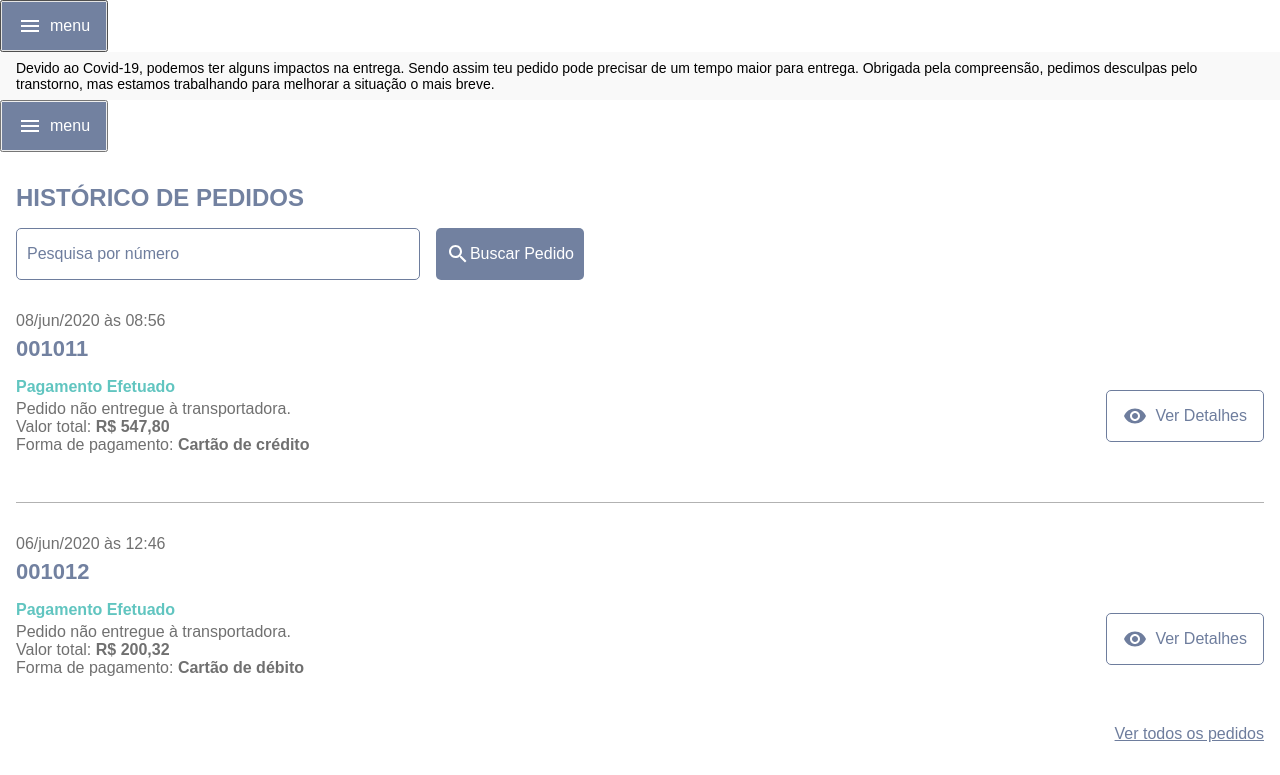
Repository: indiamarasiqueira/gestao-produto
Page: /
An editor plug-in stored every save of this project. The page is shown before and after the next save, followed by the edit.
The browser window is 1280 px wide. The pictures show the whole page.
The project was rebuilt for these pictures with package versions that can differ from the ones it lists, and the page was loaded fresh each time. Also part of the build but not shown: src/pages/generic/style.js, src/pages/generic/index.js, src/components/ModalMenu/index.js.

Above is the page before, as saved 2020-07-07 10:40:27.

### src/global.js
import { createGlobalStyle } from "styled-components";

const GlobalStyle = createGlobalStyle`
    * {
        margin: 0;
        padding: 0;
        outline: 0;
        box-sizing: border-box;
    }
   html, body, #root {
    margin: 0;
    padding: 0;
    font-family: 'Montserrat', sans-serif;
    -webkit-font-smoothing: antialiased;
    -moz-osx-font-smoothing: grayscale;
    background-color: #ffffff;
    }
`;
export default GlobalStyle;

### src/routes.js
import React from "react";
import { BrowserRouter, Switch, Route } from "react-router-dom";

import GenericPage from "./pages/generic";
import AppMenu from "./components/AppMenu";
import OrderHistory from "./pages/orderHistory";
import HeaderTitle from "./components/HeaderTitle";
import AlertCovid from "./components/AlertCovid";

export default function Routes() {
  return (
    <BrowserRouter>
      <Switch>
        <Route path="*">
          <AppMenu />
          <AlertCovid />
          <Route path="/perfil" exact component={() => <GenericPage title="Meu Perfil" />} />
          <Route path="/localizacao" exact component={() => <GenericPage title="Meus endereços" />} />
          <Route path="/favoritos" exact component={() => <GenericPage title="Lista de favoritos" />} />
          <Route path={["/", "/pedidos"]} exact component={OrderHistory} />
        </Route>
      </Switch>
    </BrowserRouter>
  );
}

### src/components/AppMenu/index.js
import React, { useState } from "react";
import { useHistory } from "react-router-dom";

import MenuIcon from "@material-ui/icons/Menu";
import LockOpenIcon from "@material-ui/icons/LockOpen";
import HistoryIcon from "@material-ui/icons/History";
import RoomOutlinedIcon from "@material-ui/icons/RoomOutlined";
import FavoriteBorderIcon from "@material-ui/icons/FavoriteBorder";
import CloseIcon from "@material-ui/icons/Close";

import ModalMenu from '../ModalMenu/index';

import {
  MenuMain,
  Button,
  BoxIcon,
  MainMenu,
  UserInfo,
  UserInfoName,
  UserInfoEmail,
  MenuList,
  MenuListItem,
  MenuIconImage
} from "./style";

const AppMenu = () => {
  const history = useHistory();
  const [show, showModal] = useState(false);
  const navigate = (route) => {
    history.push(route);
    showModal(false);
  }

  return (
    <MenuMain>
      <Button onClick={() => showModal(!show)}>
        <BoxIcon>{show ? <CloseIcon /> : <MenuIcon />}</BoxIcon>
        menu
      </Button>
      <ModalMenu show={show}>
        <MainMenu>
          <UserInfo>
            <UserInfoName>Caroline Melinda W Effting</UserInfoName>
            <UserInfoEmail>effting.caroline@gmail.com</UserInfoEmail>
          </UserInfo>
          <MenuList>
            <MenuListItem onClick={() => navigate("/perfil")}>
              <MenuIconImage>
                <LockOpenIcon />
              </MenuIconImage>
              <span className="menu-label">meu perfil</span>
            </MenuListItem>
            <MenuListItem onClick={() => navigate("/pedidos")}>
              <MenuIconImage>
                <HistoryIcon />
              </MenuIconImage>
              <span className="menu-label">histórico de pedidos</span>
            </MenuListItem>
            <MenuListItem onClick={() => navigate("/localizacao")}>
              <MenuIconImage>
                <RoomOutlinedIcon />
              </MenuIconImage>
              <span className="menu-label">meus endereços</span>
            </MenuListItem>
            <MenuListItem onClick={() => navigate("/favoritos")}>
              <MenuIconImage>
                <FavoriteBorderIcon />
              </MenuIconImage>
              <span className="menu-label">lista de favoritos</span>
            </MenuListItem>
          </MenuList>
        </MainMenu>
      </ModalMenu>
    </MenuMain>
  );
};
export default AppMenu;

### src/pages/orderHistory/index.js
import React, { Fragment, useState } from "react";

import AppMenu from "../../components/AppMenu";
import BoxSearch from "../../components/BoxSearch/index";
import HeaderTitle from "../../components/HeaderTitle";
import Order from "../../components/Order/index";

const OrderHistory = () => {
  const [value, setValue] = useState('');
  const [query, setQuery] = useState('');
  const handleChange = (e) => setValue(e.target.value);

  const handleSubmit = (e) => {
    e.preventDefault();
    setQuery(value);
  }

  return (
    <Fragment>
      <AppMenu />
      <HeaderTitle>HISTÓRICO DE PEDIDOS</HeaderTitle>
      <BoxSearch value={value} handleChange={handleChange} handleSubmit={handleSubmit} />
      <Order query={query} />
    </Fragment>
  );
};
export default OrderHistory;

### src/components/HeaderTitle/index.js
import React from "react";

import { Title } from "./style";

const HeaderTitle = (props) => {
  return <Title>{props.children}</Title>;
};
export default HeaderTitle;

### src/components/AlertCovid/index.js
import React from "react";

import { Alert } from './style';

const AlertCovid = () => {
  return (
    <Alert>
      Devido ao Covid-19, podemos ter alguns impactos na entrega. Sendo assim teu pedido pode precisar de um tempo maior
      para entrega. Obrigada pela compreensão, pedimos desculpas pelo transtorno, mas estamos trabalhando para melhorar
      a situação o mais breve.
    </Alert>
  );
};
export default AlertCovid;

### src/components/AppMenu/style.js
import styled from "styled-components";

export const MenuMain = styled.button`

  @media all and (min-width: 600px){
    display: grid;
    grid-template-rows: 1fr;
    height: 100%;
  }
`;
export const Button = styled.button`
  display: flex;
  align-items: center;
  justify-content: start;
  padding: 12px 16px;
  border: none;
  background: #7281A0;
  width: 100%;
  color: #ffffff;
  font-size: 16px;
  transition: all 0.2s ease-out;
  height: 48px;

  :hover{
    color: #7281A0;
    background: #F4F4F4;
  }
`;
export const BoxIcon = styled.div`
  display: inline-block;
  margin-right: 8px;
  height: 24px;
`;
export const MainMenu = styled.div`
  color: #717171;
  padding: 0 16px;
  border-bottom: 1px solid rgba(0, 0, 0, 0.3);
  position: fixed;
  top: 48px;
  left: 0;
  right: 0;
  bottom: 0;
  background: #fff;
`;

// User
export const UserInfo = styled.div`
  padding: 16px 0;
`;
export const UserInfoName = styled.p`
  margin-bottom: 8px;
`;
export const UserInfoEmail = styled.p``;
// Menu
export const MenuList = styled.nav``;

export const MenuListItem = styled.a`
  display: flex;
  align-items: center;
  padding: 16px 0;
  border-top: 1px solid rgba(0, 0, 0, 0.3);

  :hover{
    color: #707070;
    background: #F4F4F4;
  }
`;
export const MenuIconImage = styled.i`
  padding-left: 4px;
  padding-right: 16px;
`;

### src/components/BoxSearch/index.js
import React from "react";

import { Box, InputText, ButtonSearch } from "./style";
import SearchIcon from "@material-ui/icons/Search";

const BoxSearch = (props) => {
  return (
    <Box onSubmit={props.handleSubmit}>
      <InputText
        type="number"
        placeholder="Pesquisa por número"
        value={props.value}
        onChange={props.handleChange}
      />
      <ButtonSearch type="submit">
        <SearchIcon />
        <span className="search-text">Buscar Pedido</span>
      </ButtonSearch>
    </Box>
  );
};
export default BoxSearch;

### src/components/Order/index.js
import React, { useState } from "react";

import VisibilityIcon from "@material-ui/icons/Visibility";
import orderData from '../../db.json'

import {
  Empty,
  OrderList,
  OrderListItem,
  OrderDate,
  OrderId,
  OrderBox,
  OrderInfo,
  OrderStatus,
  ButtonOutline,
  OrderAll,
} from "./style";

const findOrder = (detail, query) => {
  const list = orderData.data;

  if (query){
    const regex = new RegExp(query);

    return list.filter(item => regex.test(item.id))
  }

  return detail ? orderData.data : orderData.data.slice(0, 2);
}


const Order = ({query}) => {
  const [detail, setDetail] = useState(false);
  const list = findOrder(detail, query)

  if (!list.length) {
    return <Empty>nenhum pedido encontrado :(</Empty>
  }

  return (
    <OrderList>
      {list.map((item, key) => (
        <OrderListItem key={key}>
          <OrderDate>{item.date}</OrderDate>
          <OrderId>{item.id}</OrderId>
          <OrderBox>
            <OrderInfo>
              <OrderStatus>{item.title}</OrderStatus>
              <p>
                {item.description}
                <br />
                Valor total: <b>R$ {item.price} </b>
                <br />
                Forma de pagamento: <b>{item.payment}</b>
              </p>
            </OrderInfo>
            <ButtonOutline>
              <VisibilityIcon />
              Ver Detalhes
            </ButtonOutline>
          </OrderBox>
        </OrderListItem>
      ))}
      {!detail && <OrderAll onClick={setDetail}>Ver todos os pedidos</OrderAll>}
    </OrderList>
  );
};
export default Order;

### src/components/HeaderTitle/style.js
import styled from "styled-components";

export const Title = styled.h1`
  color: #7281a0;
  padding: 16px;
  margin-top: 16px;
  font-weight: bold;
  font-size: 24px;
`;

### src/components/AlertCovid/style.js
import styled from "styled-components";


// Main Page
export const Alert = styled.div`
  background: #f9f9f9;
  padding: 8px 16px;
  font-size: 14px;
`;

### src/components/BoxSearch/style.js
import styled from "styled-components";

export const Box = styled.form`
  padding: 0 16px;
  display: flex;
  align-items: center;
  justify-content: space-between;
  max-width: 600px;

`;
export const InputText = styled.input`
  flex: 1;
  color: #7281a0;
  height: 52px;
  border-radius: 5px;
  border: 1px solid #6e7d9d;
  font-size: 16px;
  padding-left: 10px;

  ::placeholder {
    color: #6e7d9d;
  }
`;
export const ButtonSearch = styled.button`
  background: #7281a0;
  border-radius: 5px;
  height: 52px;
  border: none;
  margin-left: 16px;
  padding: 10px;
  color: #ffffff;
  font-size: 16px;
  display: flex;
  align-items: center;
  justify-content: center;

  @media all and (max-width: 600px){
    .search-text{
      display: none;
    }
  }
`;

### src/db.json
{
  "data": [
    {
      "id": "001011",
      "date": "08/jun/2020 às 08:56",
      "title": "Pagamento Efetuado",
      "description": "Pedido não entregue à transportadora.",
      "price": "547,80",
      "payment": "Cartão de crédito"

    },
    {
      "id": "001012",
      "date": "06/jun/2020 às 12:46",
      "title": "Pagamento Efetuado",
      "description": "Pedido não entregue à transportadora.",
      "price": "200,32",
      "payment": "Cartão de débito"
    },
    {
      "id": "001013",
      "date": "04/jun/2020 às 09:30",
      "title": "Pagamento Efetuado",
      "description": "Pedido não entregue à transportadora.",
      "price": "150,60",
      "payment": "Cartão de crédito"
    },
    {
      "id": "001014",
      "date": "29/mai/2020 às 17:30",
      "title": "Pagamento Efetuado",
      "description": "Pedido não entregue à transportadora.",
      "price": "83,58",
      "payment": "Cartão de débito"
    }
  ]

}

### src/components/Order/style.js
import styled from "styled-components";

export const Empty = styled.div`
  padding: 16px;
  color: #ccc;
  text-align: center;
`;
export const OrderList = styled.div`
  padding: 0 16px;
`;
export const OrderListItem = styled.div`
  padding: 32px 0;
  border-top: 1px solid rgba(0, 0, 0, 0.3);

  &:first-of-type {
    border-top-width: 0;
  }


`;
export const OrderDate = styled.p`
  color: #707070;
  font-size: 16px;
`;
export const OrderId = styled.p`
  padding-top: 6px;
  color: #7281a0;
  font-size: 22px;
  font-weight: bold;
`;
export const OrderBox = styled.div`

  @media all and (min-width: 600px){
    display: flex;
    align-items: center;
  }
`;
export const OrderInfo = styled.div`
  flex: 1;
  margin: 16px 0;
  color: #707070;

`;
export const OrderStatus = styled.p`
  color: #61c5c0;
  margin-bottom: 4px;
  font-weight: bold;
`;
export const ButtonOutline = styled.div`
  border-radius: 5px;
  border: 1px solid #6e7d9d;
  height: 52px;
  display: flex;
  align-items: center;
  justify-content: center;
  color: #6e7d9d;
  padding: 8px 16px;

  svg {
    margin-right: 8px;
  }
`;
export const OrderAll = styled.button`
  color: #6E7D9D;
  margin-bottom: 32px;
  background: none;
  border: none;
  text-decoration: underline;
  width: 100%;
  display: flex;
  align-items: center;
  justify-content: flex-end;
  font-size: 16px;
`;

Loaded but not shown: public/index.html (common file); src/index.js (common file)

After the next save:
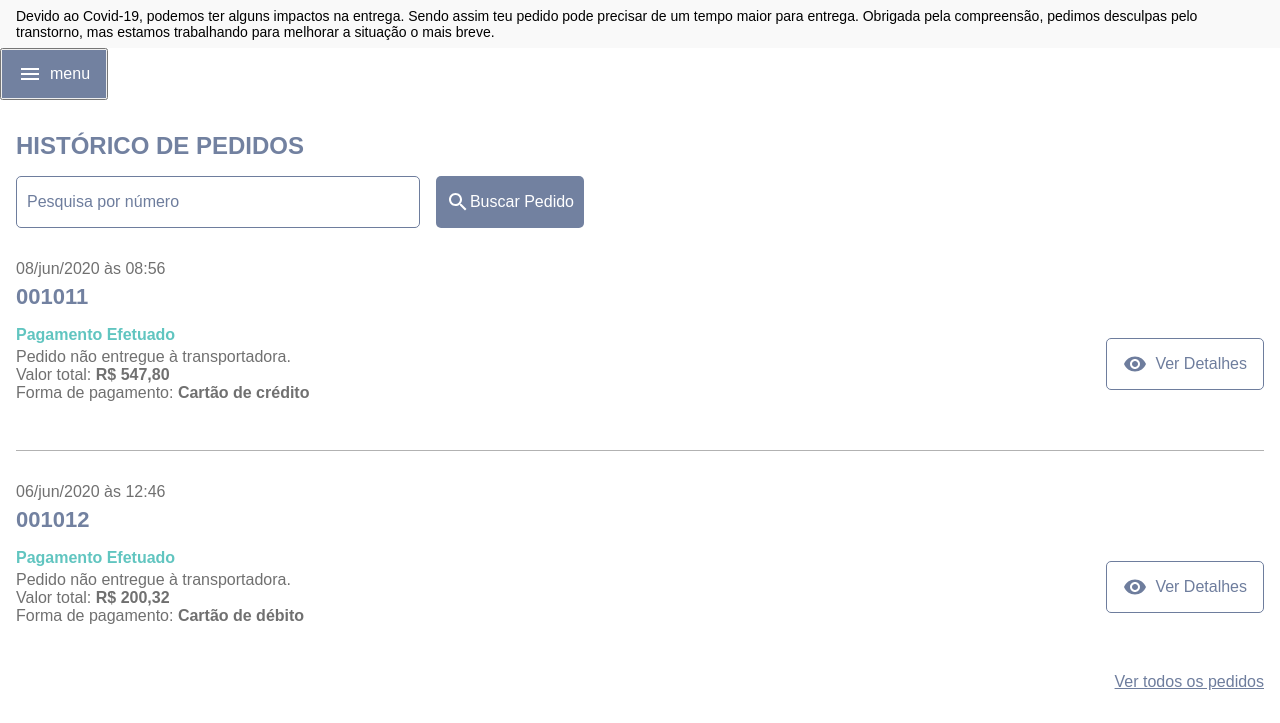
Saved 2 s later.
--- a/src/routes.js
+++ b/src/routes.js
@@ -2,9 +2,7 @@ import React from "react";
 import { BrowserRouter, Switch, Route } from "react-router-dom";
 
 import GenericPage from "./pages/generic";
-import AppMenu from "./components/AppMenu";
 import OrderHistory from "./pages/orderHistory";
-import HeaderTitle from "./components/HeaderTitle";
 import AlertCovid from "./components/AlertCovid";
 
 export default function Routes() {
@@ -12,7 +10,7 @@ export default function Routes() {
     <BrowserRouter>
       <Switch>
         <Route path="*">
-          <AppMenu />
+
           <AlertCovid />
           <Route path="/perfil" exact component={() => <GenericPage title="Meu Perfil" />} />
           <Route path="/localizacao" exact component={() => <GenericPage title="Meus endereços" />} />
